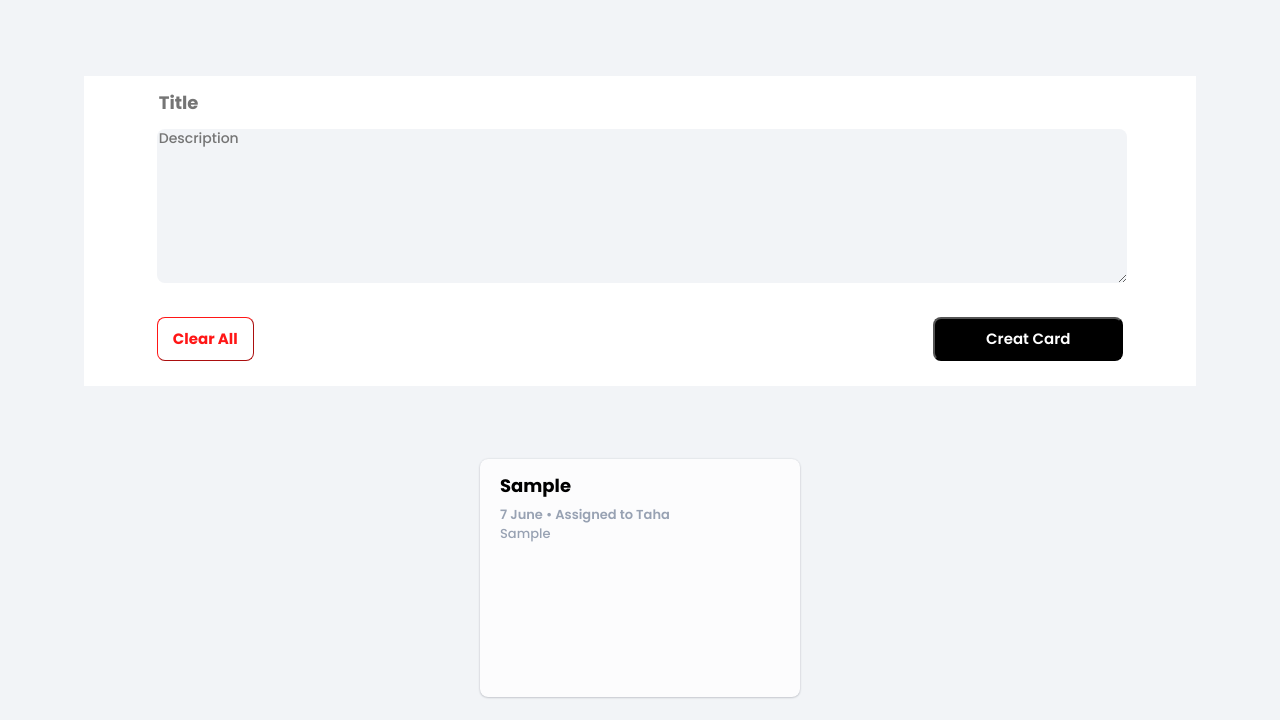
Repository: ReyhanehRahmani/TO-DO
Page: index.html
The author's editor kept a copy of each file at every save. The page is drawn from the files as they stood at one save, then again after the next save.
The browser window is 1280 px wide. The pictures show the whole page.
Empty fields were first filled with sample values (such as "Sample", 5 or name@example.com).
After loading, the first visible `#creatbut` was clicked once.
Some web fonts or font styles are not loaded; a fallback is used.

Above is the page before, as saved 2025-06-08 10:58:39.

After the next save:
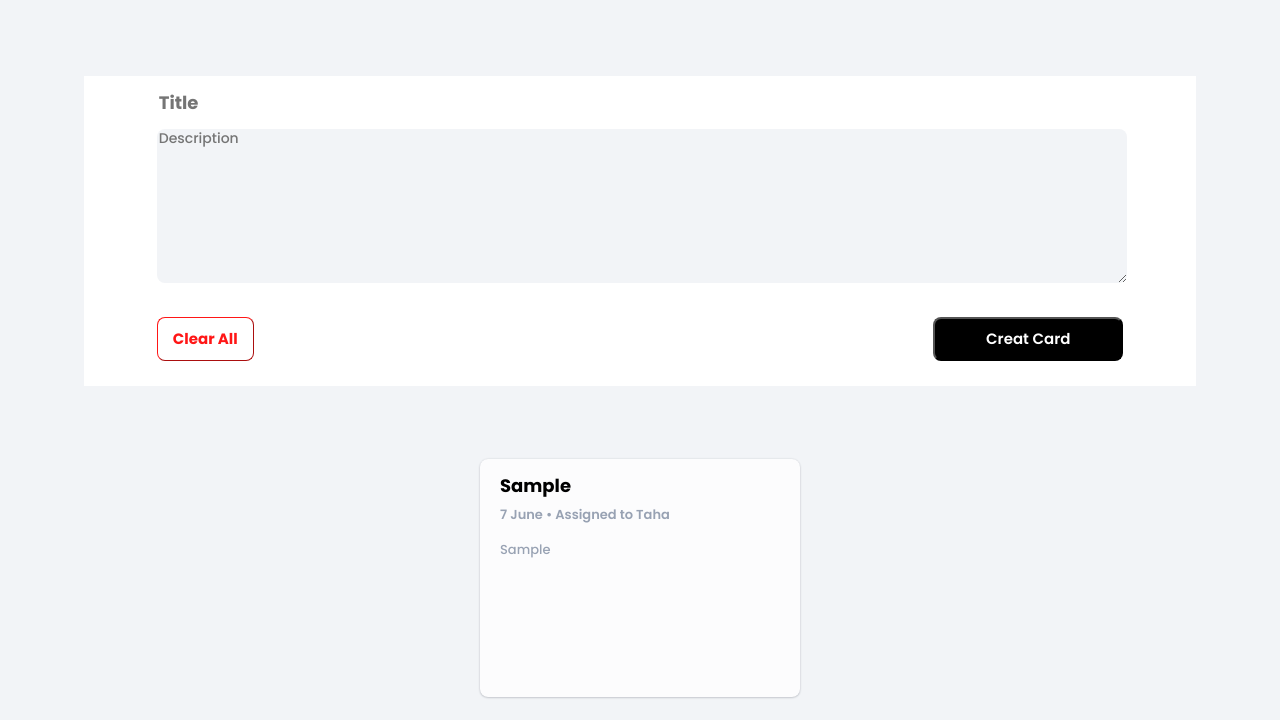
Saved 11 s later.
--- a/style.css
+++ b/style.css
@@ -146,5 +146,5 @@ body{
     letter-spacing: -2%;
     color: #98A2B3;
     margin-left: 6.25%;
-
+    margin-top: 16px;
 }
